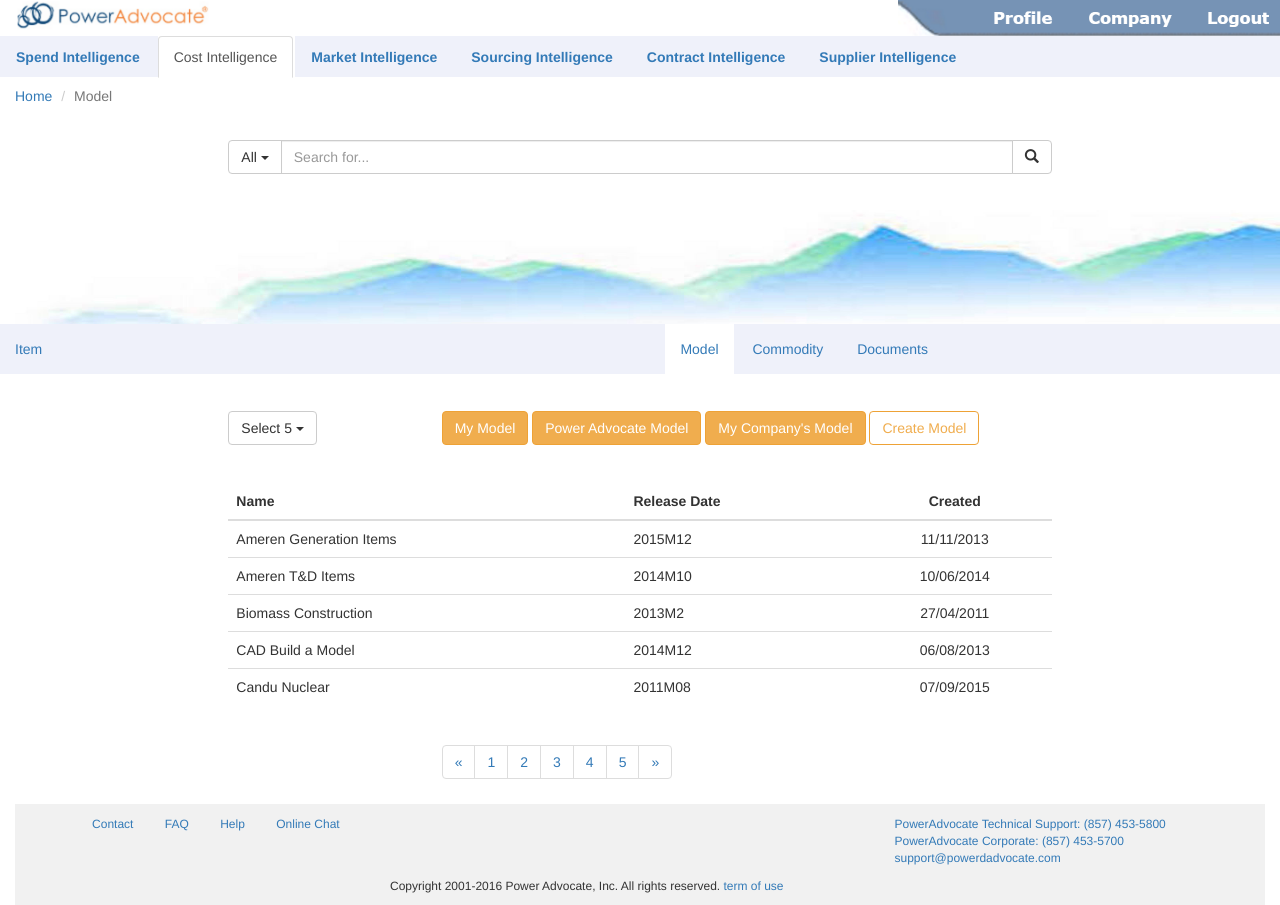
Repository: SamiraMansouri/PowerAdvocate-CostIntelligence-Application-new-Design-using-UserExperience-Method-
Page: http://localhost/PowerAdvocate/WEB-INF/views/home.jsp
An editor plug-in stored every save of this project. The page is shown before and after the next save, followed by the edit.
The browser window is 1280 px wide. The pictures show the whole page.
The page is served by Tomcat 9. Nobody is signed in. The template is opened directly, without the code that normally fills it, so the values that code supplies are empty.

Above is the page before, as saved 2016-04-25 01:42:59.

After the next save:
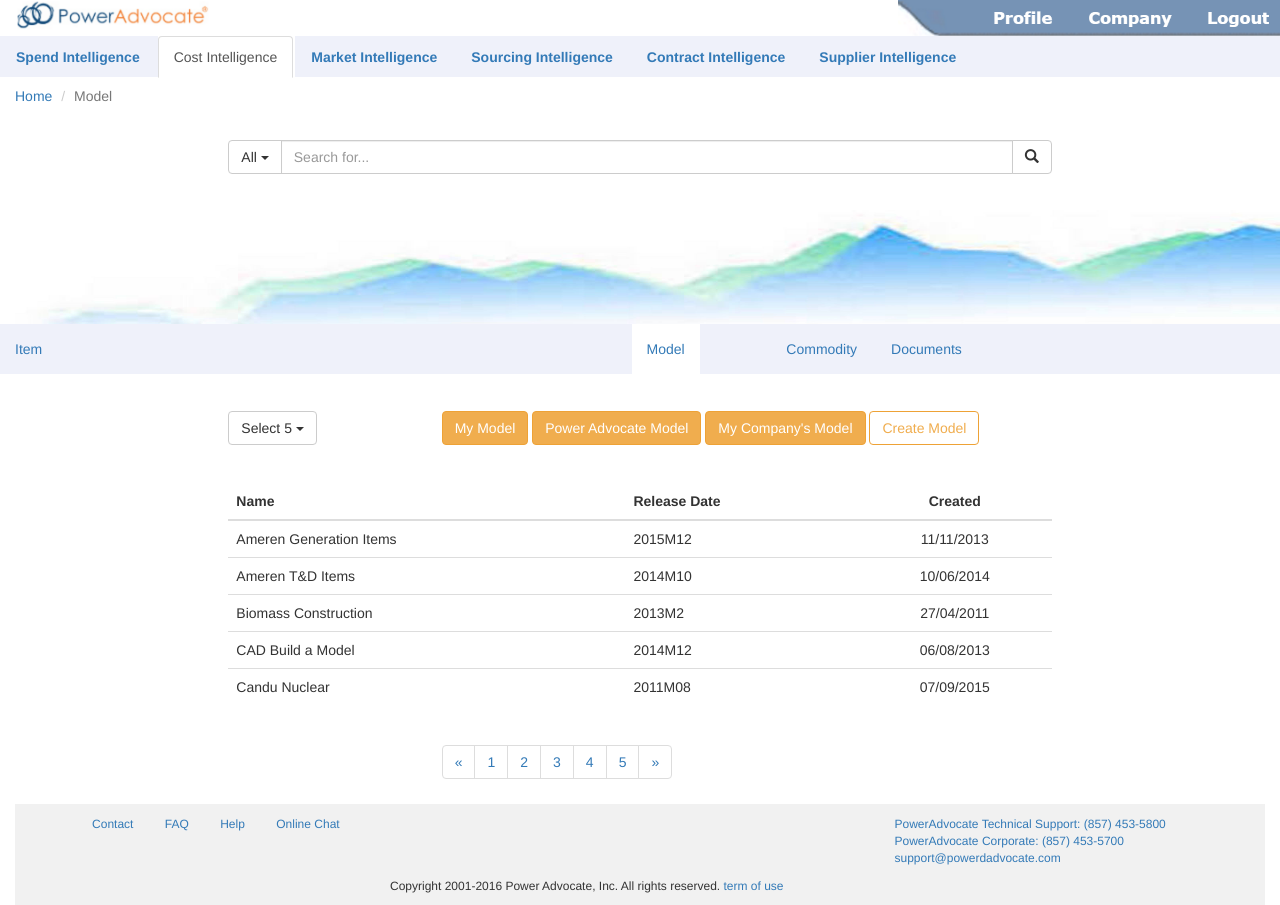
Saved 65 s later.
--- a/PowerAdvocate-Prototype/PowerAdvocate/src/main/webapp/WEB-INF/views/home.jsp
+++ b/PowerAdvocate-Prototype/PowerAdvocate/src/main/webapp/WEB-INF/views/home.jsp
@@ -207,7 +207,9 @@
 				<li><a href="#"></a></li>
 				<li><a href="#"></a></li>
 					<li class="active"><a href="#">Model</a></li>
+									<li><a href="#"></a></li>
 					<li class="pull-left"><a href="/prototype/Item">Item</a></li>
+									<li><a href="#"></a></li>
 					<li><a href="/prototype/Commodity">Commodity</a></li>
 					<li><a href="/prototype/Documents">Documents</a></li>
 				</ul>
